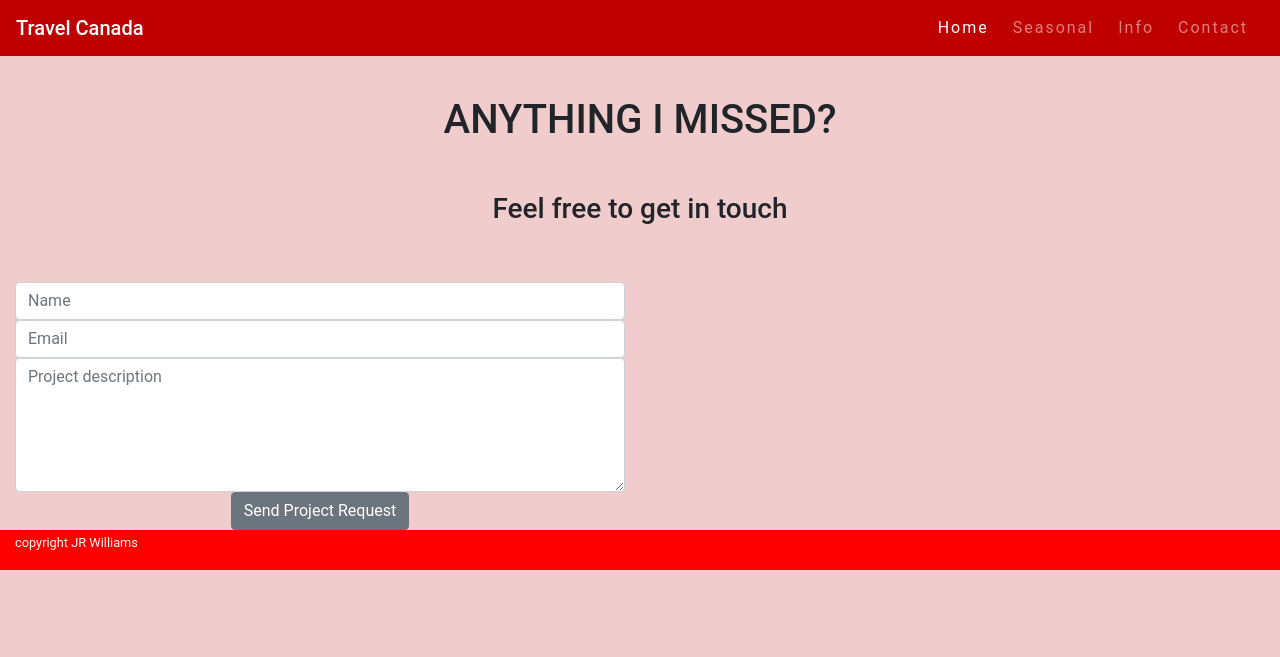
Repository: JonWil91/Travel-Canada
Page: contact.html
The author's editor kept a record of every edit. The page is drawn from the files as they stood at one moment, then again after the next edit.
The browser window is 1280 px wide. The pictures show the whole page.
Some web libraries are served in a nearby version.

Above is the page before.

### contact.html
<!DOCTYPE html>
<html lang="en">

<head>
    <meta charset="UTF-8">
    <meta name="viewport" content="width=device-width, initial-scale=1.0">
    <meta http-equiv="X-UA-Compatible" content="ie=edge">
    <title>Canada</title>
    <link rel="stylesheet" href="https://stackpath.bootstrapcdn.com/bootstrap/4.3.1/css/bootstrap.min.css" integrity="sha384-ggOyR0iXCbMQv3Xipma34MD+dH/1fQ784/j6cY/iJTQUOhcWr7x9JvoRxT2MZw1T" crossorigin="anonymous">
    <link href="https://fonts.googleapis.com/css?family=Montserrat:200,400,500i&display=swap" rel="stylesheet">
    <link rel="stylesheet" href="https://use.fontawesome.com/releases/v5.6.1/css/all.css" integrity="sha384-gfdkjb5BdAXd+lj+gudLWI+BXq4IuLW5IT+brZEZsLFm++aCMlF1V92rMkPaX4PP" crossorigin="anonymous">
    <link rel="stylesheet" href="css/style.css" type="text/css" />


    <body>

        <!-- navbar -->

        <div class="container-fluid navalert-container">
            <nav class="navbar navbar-dark navbar-expand-sm">
                <a href="/" class="navbar-brand">Travel Canada</a>
                <button class="navbar-toggler ml-auto" type="button" data-toggle="collapse" data-target="#navbarNavDropdown" aria-controls="navbarNavDropdown" aria-expanded="false" aria-label="Toggle
        navigation">
            <span class="navbar-toggler-icon"></span>
        </button>
                <div class="collapse navbar-collapse" id="navbarNavDropdown">
                    <ul class="navbar-nav ml-auto">
                        <li class="active nav-item mr-2"><a class="nav-link" href="index.html">Home</a></li>
                        <li class="nav-item mr-2"><a class="nav-link" href="seasonal.html">Seasonal</a></li>
                        <li class="nav-item mr-2"><a class="nav-link" href="info.html">Info</a></li>
                        <li class="nav-item mr-2"><a class="nav-link" href="contact.html">Contact</a></li>

                    </ul>
                </div>
            </nav>
        </div>


        <!-- contact form -->


        <div class="container title-container my-5 text-center">
            <div class="row">
                <div class="col-12">
                    <h1 class="text-uppercase my-5">Anything I missed?</h1>
                    <h3>Feel free to get in touch</h3>
                </div>
            </div>
        </div>

        <div class="container-fluid">
            <div class="row">
                <div class="col-md-6">
                    <div class="center-form">
                        <form>
                            <input type="text" name="name" id="fullname" class="form-control" placeholder="Name" required />
                            <input type="email" name="email" id="emailaddress" class="form-control" placeholder="Email" required />
                            <textarea rows="5" name="projectsummary" id="projectsummary" class="form-control" placeholder="Project description" required></textarea>
                            <div class="form-row text-center">
                                <div class="col">
                                    <button type="submit" class="btn btn-secondary">Send Project Request</button>
                                </div>
                            </div>
                        </form>
                    </div>
                </div>
            </div>
        </div>



        <!-- /contact form -->






        <!-- footer -->

        <div class="container-fluid footer">
            <div class="row">
                <div class="col-12">
                    <p class="ml-auto"><small>copyright JR Williams</small></p>

                </div>
            </div>
        </div>


        <!-- /footer -->

### css/style.css
body {
    font-family: 'Roboto', sans-serif;
    background-color: #f1cccc;
}

/* landing page */

.callout-container {
    height: 100vh;
    background: url("../images/canada-landing-page.jpg") no-repeat bottom right fixed;
    -webkit-background-size: cover;
    -moz-background-size: cover;
    -o-background-size: cover;
    background-size: cover;

    display: flex;
    justify-content: center;
    position: relative;
}

.jumbotron {
    background-color: transparent;
    margin-top: 30px;
    color: #fafafa;
}

.lead {
    margin-top: 50px;
    color: #de5858;
    font-family: 'Roboto', sans-serif;
    font-weight: 600;

}


/* /landing page */

/* Navbar */

.navalert-container {
    position: absolute;
    top: 0;
    left: 0;
    padding-left: 0;
    padding-right: 0;
    z-index: 1;
    background-color: #ff0000;
}

.navbar {
    margin-bottom: 0;
    border: 0;
    width: 100%;
    background-color: rgba(0, 0, 0, 0.25);
}

.navbar-toggler {
    border: none;
    background-color: transparent;
}

.navbar-brand {
    font-weight: 500;
}

.navbar-nav {
    letter-spacing: 2px;
}

.jumbotron-header {
    font-weight: 500;
}

/* /navbar */

/* seasonal */

.title-container {
    display: flex;
    justify-content: center;
    position: relative;
}

.container-subheading {
    display: flex;
    justify-content: center;
    position: relative;
}

.img-fluid {
    width: 100vh;
    height: 65vh;
    border-radius: 20px;
}

.flag-picture {
    width: 90vh;
    height: 65vh;
    border-radius: 20px;
    margin-top: 90px
}


.icon {
    color: #e82e2e;
    padding: 10px;
    transition: all 0.3s ease 0s;
}

.icon:hover {
    color: #f59e42;
}

.season-title {
    padding: 0 0 20px 0;

}







/* /seasonal */

/* Footer */

.footer {
    background-color: #ff0000;
    color: #fafafa;
    float: right;
}

/* /footer */

/* media queries */

@media (min-width: 576px) {
    ...
}

// Medium devices (tablets, 768px and up)
@media (min-width: 768px) {
    ...
}

// Large devices (desktops, 992px and up)
@media (min-width: 992px) {
    ...
}

// Extra large devices (large desktops, 1200px and up)
@media (min-width: 1200px) {
    ...
}


/* /media queries */

.history-heading {
    color: black;
    margin-bottom: 50px;
}

.timeline-item {
    padding: 4em 2em 0em 2em;
    position: relative;
    color: red;
    border-left: 1px solid;
}

.timeline-item p {
    padding: 0;
    margin: 0;
}

.timeline-item:before {
    content: attr(data-dates);
    position: absolute;
    left: 2.5em;
    top: 3em;
    display: block;
    font-family: "Exo", sans-serif;
    font-weight: 500;
    font-size: 0.8em;
    padding: 0;
    margin: 0;
}

.timeline-item:after {
    width: 12px;
    height: 12px;
    display: block;
    top: 2.4em;
    position: absolute;
    left: -6px;
    border-radius: 12px;
    content: '';
    background-color: #fafafa;
}

.history-items {
    margin-bottom: 30px;
}

After the next edit:
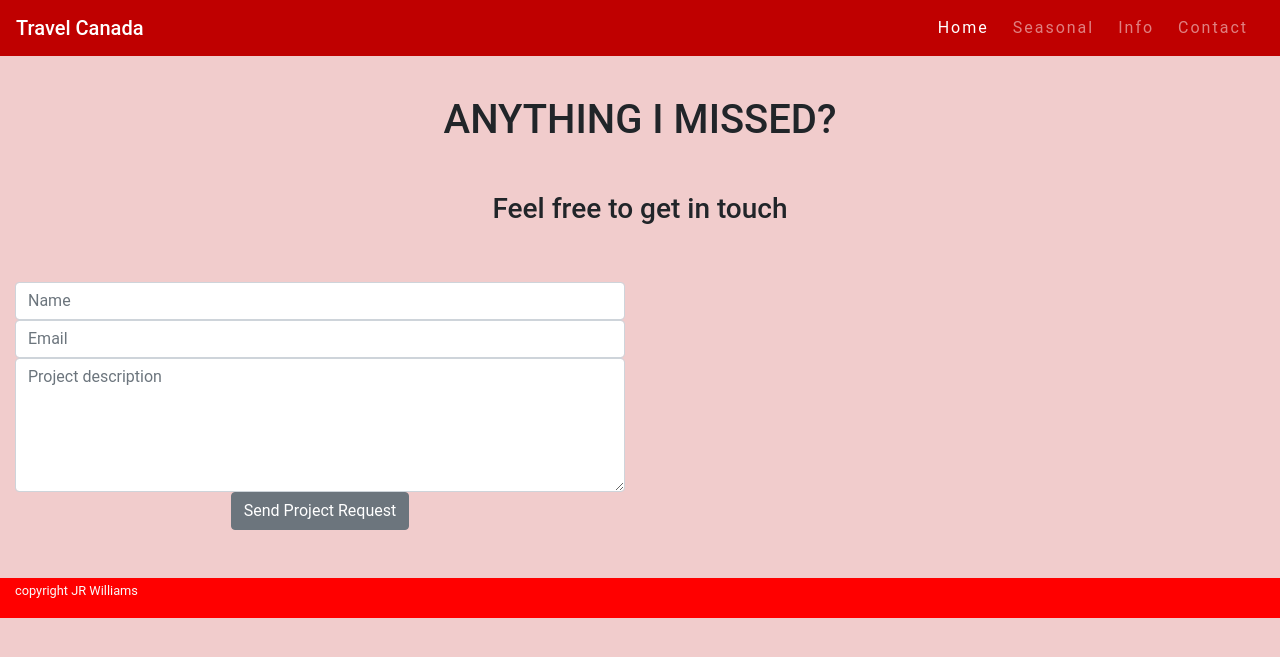
The edit:
--- a/contact.html
+++ b/contact.html
@@ -48,7 +48,7 @@
             </div>
         </div>
 
-        <div class="container-fluid">
+        <div class="container-fluid text-center my-5">
             <div class="row">
                 <div class="col-md-6">
                     <div class="center-form">
